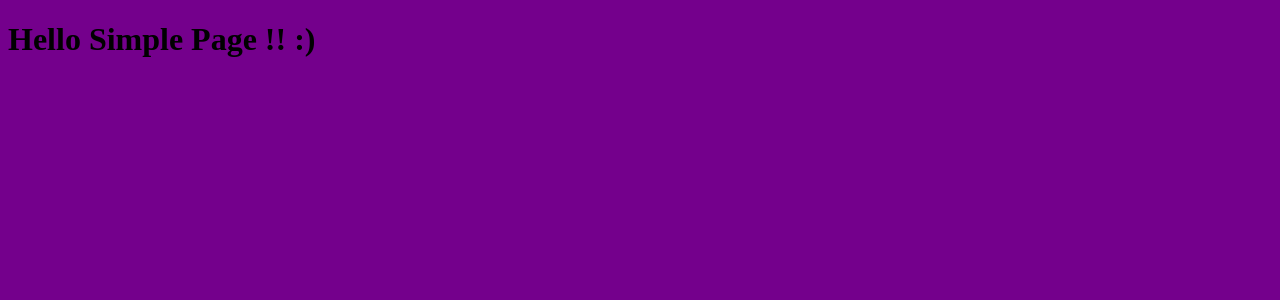
Repository: uditjain100/JavaScript-for-Web
Page: 10.Promises/simple.html
These files come from the project's save history. The page is drawn as it stood at one moment and after the next save; the edit follows.
The browser window is 1280 px wide. The pictures show the whole page.

Above is the page before, as saved 2021-01-23 16:30:02.

After the next save:
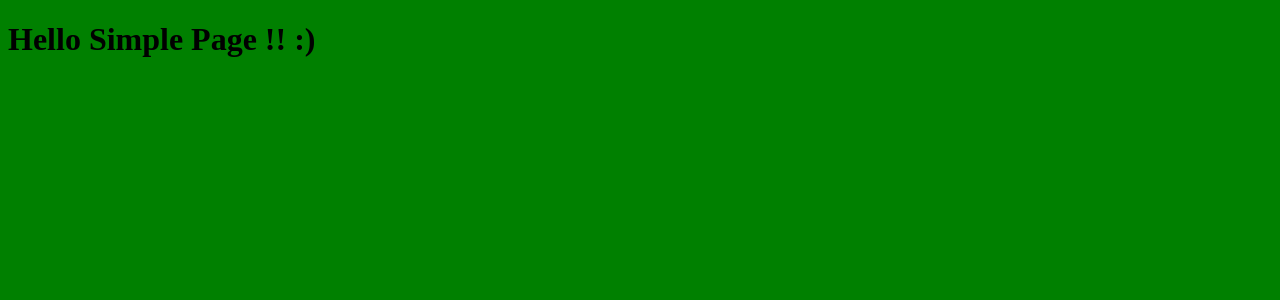
Saved 19 s later.
--- a/10.Promises/app.js
+++ b/10.Promises/app.js
@@ -1,6 +1,8 @@
 // firstApproach();
 // secondApproach();
-thirdApproach();
+// thirdApproach();
+fourthApproach();
+
 // First Approach
 function firstApproach() {
   setTimeout(() => {
